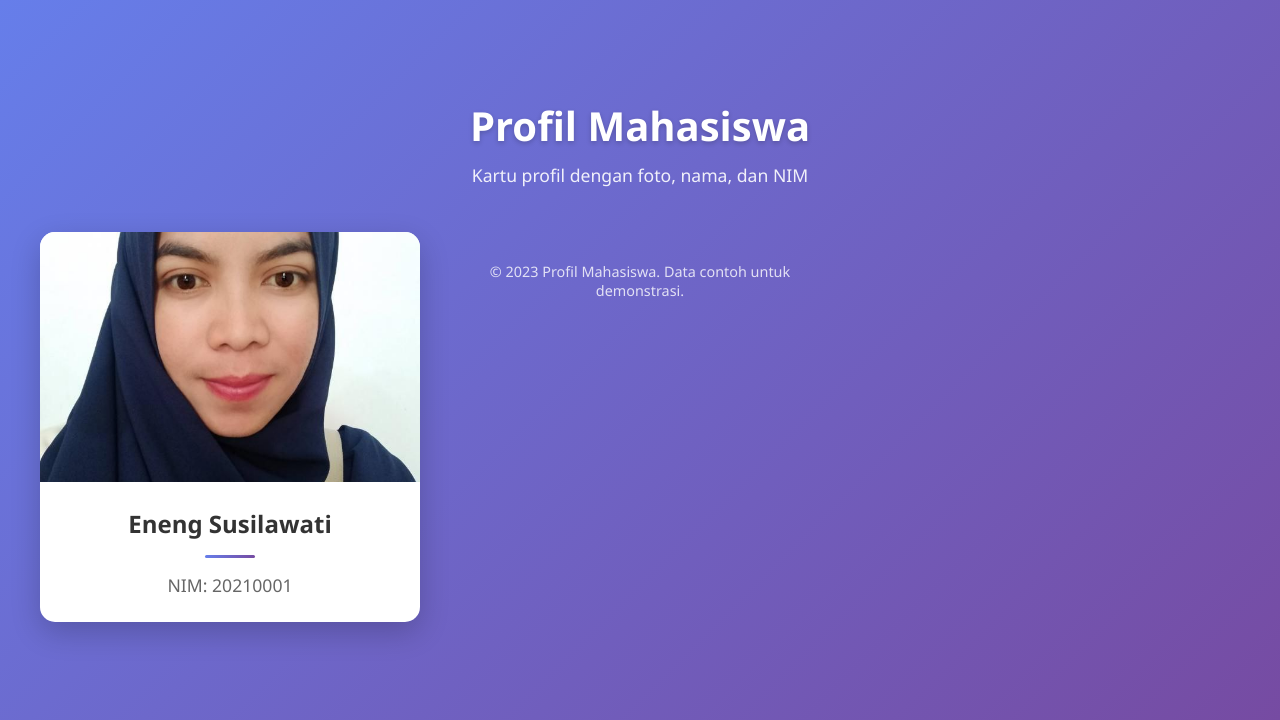
Repository: usysarfaraz/mockup-sistem-Otomatisasi-Input-Produksi-Kahatex-Eneng-Susilawati
Page: http://localhost/
The author's editor kept a copy of each file at every save. The page is drawn from the files as they stood at one save, then again after a run of saves.
The browser window is 1280 px wide. The pictures show the whole page.
The page is run by PHP 8.4 with error messages shown; the project is at /var/www/html/.

Above is the page before, as saved 2025-10-15 16:37:15.

### index.php
<!DOCTYPE html>
<html lang="en">
<head>
    <meta charset="UTF-8">
    <meta http-equiv="X-UA-Compatible" content="IE=edge">
    <meta name="viewport" content="width=device-width, initial-scale=1.0">
    <title>Profil Mahasiswa</title>
    <style>
        * {
            margin: 0;
            padding: 0;
            box-sizing: border-box;
            font-family: 'Segoe UI', Tahoma, Geneva, Verdana, sans-serif;
        }

        body {
            background: linear-gradient(135deg, #667eea 0%, #764ba2 100%);
            min-height: 100vh;
            display: flex;
            justify-content: center;
            align-items: center;
            padding: 20px;
        }

        .container {
            display: flex;
            flex-direction: column;
            gap: 25px;
            max-width: 1200px;
            width: 100%;
        }

        .header {
            text-align: center;
            color: white;
            margin-bottom: 20px;
        }

        .header h1 {
            font-size: 2.5rem;
            margin-bottom: 10px;
            text-shadow: 0 2px 5px rgba(0,0,0,0.2);
        }

        .header p {
            font-size: 1.1rem;
            opacity: 0.9;
        }

        .cards-container {
            display: grid;
            grid-template-columns: repeat(auto-fill, minmax(300px, 1fr));
            gap: 30px;
        }

        .card {
            background: white;
            border-radius: 15px;
            overflow: hidden;
            box-shadow: 0 10px 30px rgba(0, 0, 0, 0.2);
            transition: transform 0.3s, box-shadow 0.3s;
        }

        .card:hover {
            transform: translateY(-10px);
            box-shadow: 0 15px 35px rgba(0, 0, 0, 0.3);
        }

        .photo-container {
            width: 100%;
            height: 250px;
            overflow: hidden;
            position: relative;
        }

        .photo {
            width: 100%;
            height: 100%;
            object-fit: cover;
            transition: transform 0.5s;
        }

        .card:hover .photo {
            transform: scale(1.05);
        }

        .info-container {
            padding: 25px;
            text-align: center;
        }

        .name {
            font-size: 1.5rem;
            font-weight: 700;
            color: #333;
            margin-bottom: 10px;
        }

        .nim {
            font-size: 1.1rem;
            color: #666;
            font-weight: 500;
        }

        .divider {
            height: 3px;
            width: 50px;
            background: linear-gradient(to right, #667eea, #764ba2);
            margin: 15px auto;
            border-radius: 3px;
        }

        .footer {
            text-align: center;
            color: white;
            margin-top: 30px;
            opacity: 0.8;
            font-size: 0.9rem;
        }

        @media (max-width: 768px) {
            .cards-container {
                grid-template-columns: 1fr;
            }

            .header h1 {
                font-size: 2rem;
            }
        }
    </style>
</head>
<body>
    <div class="container">
        <div class="header">
            <h1>Profil Mahasiswa</h1>
            <p>Kartu profil dengan foto, nama, dan NIM</p>
        </div>

        <div class="cards-container">
            <div class="card">
                <div class="photo-container">
                    <img src="img/photo_2025-10-15_16-24-52.jpg" alt="Foto Saya" class="photo">
                </div>
                <div class="info-container">
                    <div class="name">Eneng Susilawati</div>
                    <div class="divider"></div>
                    <div class="nim">NIM: 20210001</div>
                </div>
            </div>

        <div class="footer">
            <p>&copy; 2023 Profil Mahasiswa. Data contoh untuk demonstrasi.</p>
        </div>
    </div>
</body>
</html>

After the next 2 saves:
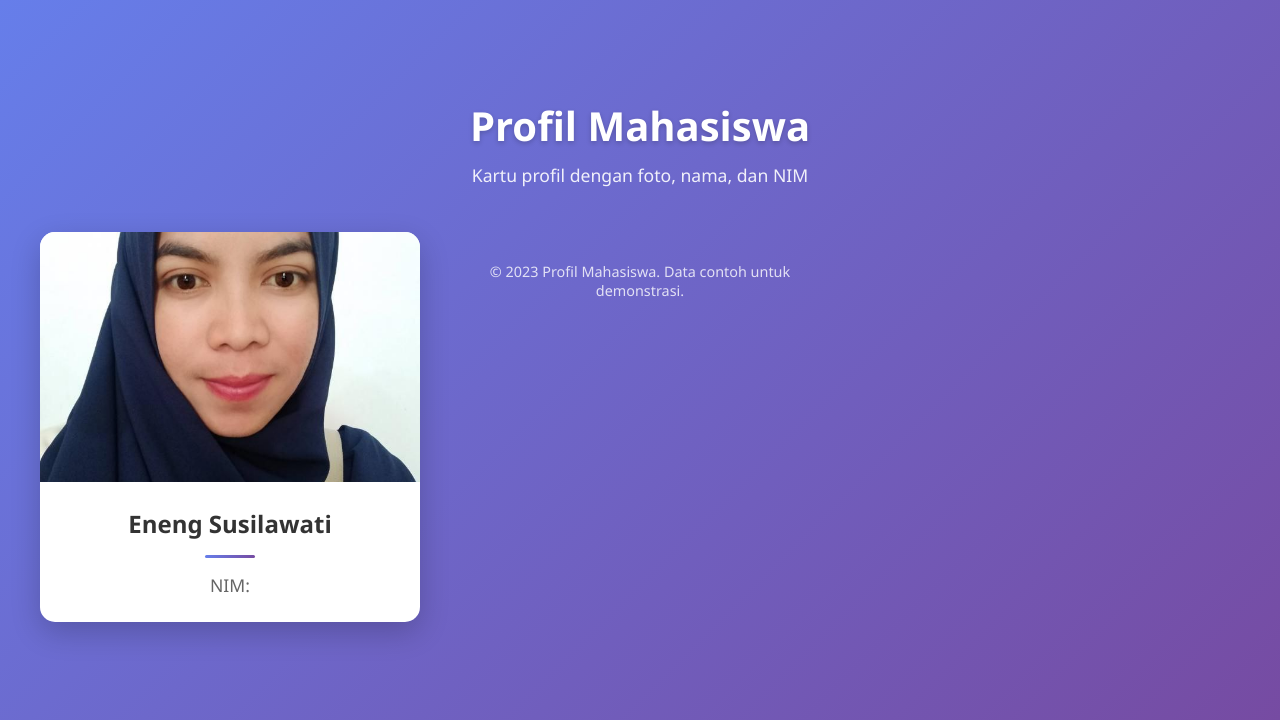
The 2 saves are shown as one change because they came seconds apart.
The last was saved 7 s later.
--- a/index.php
+++ b/index.php
@@ -144,7 +144,7 @@
                 <div class="info-container">
                     <div class="name">Eneng Susilawati</div>
                     <div class="divider"></div>
-                    <div class="nim">NIM: 20210001</div>
+                    <div class="nim">NIM:</div>
                 </div>
             </div>
 
